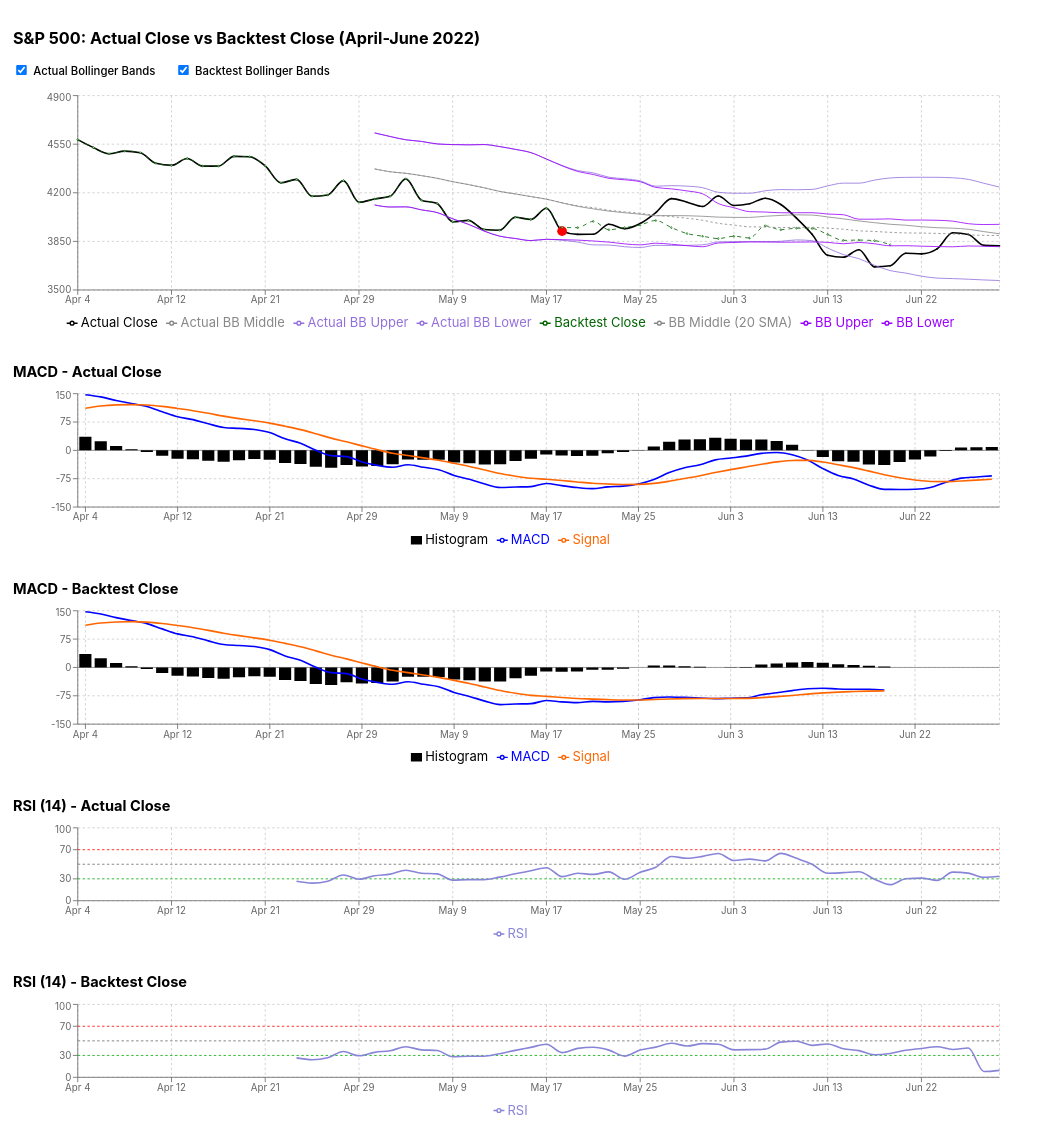
Repository: projecthamburg/daily-trading-roadmap
Page: /
The author's editor kept a copy of each file at every save. The page is drawn from the files as they stood at one save, then again after the next save.
The browser window is 1280 px wide. The pictures show the whole page, at 81% of full size.
The project was rebuilt for these pictures with package versions that can differ from the ones it lists, and the page was loaded fresh each time.

Above is the page before, as saved 2025-03-05 22:09:10.

### public/index.html
<!DOCTYPE html>
<html lang="en">
  <head>
    <meta charset="utf-8" />
    <meta name="viewport" content="width=device-width, initial-scale=1" />
    <title>Stock Chart Dashboard</title>
  </head>
  <body>
    <noscript>You need to enable JavaScript to run this app.</noscript>
    <div id="root"></div>
  </body>
</html>

### src/index.tsx
import React from 'react';
import ReactDOM from 'react-dom/client';
import App from './App';
import './index.css';

const root = ReactDOM.createRoot(
  document.getElementById('root') as HTMLElement
);
root.render(
  <React.StrictMode>
    <App />
  </React.StrictMode>
);

### src/App.tsx
import React from 'react';
import StockChartWithMACD from './stock-chart-dashboard';

function App() {
  return (
    <div className="App">
      <StockChartWithMACD />
    </div>
  );
}

export default App;

### src/index.css
body {
  margin: 0;
  font-family: -apple-system, BlinkMacSystemFont, 'Segoe UI', 'Roboto', 'Oxygen',
    'Ubuntu', 'Cantarell', 'Fira Sans', 'Droid Sans', 'Helvetica Neue',
    sans-serif;
  -webkit-font-smoothing: antialiased;
  -moz-osx-font-smoothing: grayscale;
}

.p-4 {
  padding: 1rem;
}

.mb-4 {
  margin-bottom: 1rem;
}

.mb-8 {
  margin-bottom: 2rem;
}

.mb-2 {
  margin-bottom: 0.5rem;
}

.mr-2 {
  margin-right: 0.5rem;
}

.flex {
  display: flex;
}

.flex-row {
  flex-direction: row;
}

.gap-6 {
  gap: 1.5rem;
}

.items-center {
  align-items: center;
}

.text-xl {
  font-size: 1.25rem;
  line-height: 1.75rem;
}

.text-lg {
  font-size: 1.125rem;
  line-height: 1.75rem;
}

.text-sm {
  font-size: 0.875rem;
  line-height: 1.25rem;
}

.font-bold {
  font-weight: 700;
}

.font-medium {
  font-weight: 500;
}

### src/stock-chart-dashboard.tsx
import React, { useState, useEffect } from 'react';
import { LineChart, Line, XAxis, YAxis, CartesianGrid, Tooltip, Legend, ResponsiveContainer, ComposedChart, Bar, ReferenceLine } from 'recharts';

// Define interfaces for data types
interface DataItem {
  date: string;
  close: number;
  backtestClose: number | null;
  isPointOfDivergence?: boolean;
  [key: string]: any; // Allow for additional properties
}

interface BollingerBand {
  middle: number | null;
  upper: number | null;
  lower: number | null;
}

const StockChartWithMACD = () => {
  const [data, setData] = useState<DataItem[]>([]);
  const [showActualBands, setShowActualBands] = useState(true);
  const [showBacktestBands, setShowBacktestBands] = useState(true);

  useEffect(() => {
    // Parse the data from the table
    const rawData = `Date,Close,Backtest Close
Apr 4 2022,4582.64,4582.64
Apr 5 2022,4525.12,4525.12
Apr 6 2022,4481.15,4481.15
Apr 7 2022,4500.21,4500.21
Apr 8 2022,4488.28,4488.28
Apr 11 2022,4412.53,4412.53
Apr 12 2022,4397.45,4397.45
Apr 13 2022,4446.59,4446.59
Apr 14 2022,4392.59,4392.59
Apr 18 2022,4391.69,4391.69
Apr 19 2022,4462.21,4462.21
Apr 20 2022,4459.45,4459.45
Apr 21 2022,4393.66,4393.66
Apr 22 2022,4271.78,4271.78
Apr 25 2022,4296.12,4296.12
Apr 26 2022,4175.20,4175.20
Apr 27 2022,4183.96,4183.96
Apr 28 2022,4287.50,4287.50
Apr 29 2022,4131.93,4131.93
May 2 2022,4155.38,4155.38
May 3 2022,4175.48,4175.48
May 4 2022,4300.17,4300.17
May 5 2022,4146.87,4146.87
May 6 2022,4123.34,4123.34
May 9 2022,3991.24,3991.24
May 10 2022,4001.05,4001.05
May 11 2022,3935.18,3935.18
May 12 2022,3930.08,3930.08
May 13 2022,4023.89,4023.89
May 16 2022,4008.01,4008.01
May 17 2022,4088.85,4088.85
May 18 2022,3923.68,3949.17
May 19 2022,3900.79,3949.17
May 20 2022,3901.36,3994.07
May 23 2022,3973.75,3934.21
May 24 2022,3941.48,3949.17
May 25 2022,3978.73,3968.41
May 26 2022,4057.84,4000.48
May 27 2022,4158.24,3949.17
May 31 2022,4132.15,3906.41
Jun 1 2022,4101.23,3887.17
Jun 2 2022,4176.82,3870.07
Jun 3 2022,4108.54,3887.17
Jun 6 2022,4121.43,3874.34
Jun 7 2022,4160.68,3962.00
Jun 8 2022,4115.77,3934.21
Jun 9 2022,4017.82,3944.90
Jun 10 2022,3900.86,3942.76
Jun 13 2022,3749.63,3900.00
Jun 14 2022,3735.48,3857.24
Jun 15 2022,3789.99,3859.38
Jun 16 2022,3666.77,3855.10
Jun 17 2022,3674.84,3825.17
Jun 21 2022,3764.79,
Jun 22 2022,3759.89,
Jun 23 2022,3795.73,
Jun 24 2022,3911.74,
Jun 27 2022,3900.11,
Jun 28 2022,3821.55,
Jun 29 2022,3818.83,`;

    // Process the data
    const processedData = rawData.split('\n').slice(1).map((line, index) => {
      const [date, close, backtestClose] = line.split(',');
      // Mark the point of divergence (May 18, 2022) with isPointOfDivergence flag
      const isPointOfDivergence = date.includes("May 18");
      return {
        date,
        close: parseFloat(close),
        backtestClose: backtestClose ? parseFloat(backtestClose) : null,
        isPointOfDivergence
      };
    });

    // Calculate EMA for a specific period
    function calculateEMA(data: DataItem[], field: string, period: number): (number | null)[] {
      const k = 2 / (period + 1);
      const result: (number | null)[] = [];

      // Initialize with SMA for the first period points
      let sum = 0;
      let count = 0;

      for (let i = 0; i < period && i < data.length; i++) {
        if (data[i][field] !== null && data[i][field] !== undefined) {
          sum += data[i][field];
          count++;
        }
      }

      let ema = count > 0 ? sum / count : null;
      result.push(ema);

      // Calculate EMA for the rest
      for (let i = 1; i < data.length; i++) {
        if (data[i][field] !== null && data[i][field] !== undefined && ema !== null) {
          ema = data[i][field] * k + ema * (1 - k);
          result.push(ema);
        } else {
          result.push(null);
        }
      }

      return result;
    }

    // Calculate MACD
    function calculateMACD(data: DataItem[], field: string) {
      // Calculate short-term EMA (12 days)
      const ema12 = calculateEMA(data, field, 12);

      // Calculate long-term EMA (26 days)
      const ema26 = calculateEMA(data, field, 26);

      // Calculate MACD line (EMA12 - EMA26)
      const macdLine = ema12.map((value, i) =>
        value !== null && ema26[i] !== null ? value - (ema26[i] as number) : null
      );

      // Calculate signal line (9-day EMA of MACD line)
      const macdData = data.map((item, i) => ({
        ...item,
        macd: macdLine[i]
      }));

      const signalLine = calculateEMA(macdData, 'macd', 9);

      // Calculate histogram (MACD line - signal line)
      const histogram = macdLine.map((value, i) =>
        value !== null && signalLine[i] !== null ? value - (signalLine[i] as number) : null
      );

      return { macdLine, signalLine, histogram };
    }

    // Calculate Bollinger Bands for a dataset
    function calculateBollingerBands(data: DataItem[], field: string, period = 20, multiplier = 2): BollingerBand[] {
      const result: BollingerBand[] = [];

      for (let i = 0; i < data.length; i++) {
        if (i < period - 1) {
          // Not enough data for the calculation
          result.push({
            middle: null,
            upper: null,
            lower: null
          });
          continue;
        }

        // Calculate SMA (Simple Moving Average)
        let sum = 0;
        let validPoints = 0;
        for (let j = i - period + 1; j <= i; j++) {
          if (data[j][field] !== null && data[j][field] !== undefined) {
            sum += data[j][field];
            validPoints++;
          }
        }

        if (validPoints === 0) {
          result.push({
            middle: null,
            upper: null,
            lower: null
          });
          continue;
        }

        const sma = sum / validPoints;

        // Calculate standard deviation
        let sumSquaredDiff = 0;
        for (let j = i - period + 1; j <= i; j++) {
          if (data[j][field] !== null && data[j][field] !== undefined) {
            const diff = data[j][field] - sma;
            sumSquaredDiff += diff * diff;
          }
        }

        const stdDev = Math.sqrt(sumSquaredDiff / validPoints);

        // Calculate Bollinger Bands
        result.push({
          middle: sma,
          upper: sma + (multiplier * stdDev),
          lower: sma - (multiplier * stdDev)
        });
      }

      return result;
    }

    // Calculate MACD for both series
    const { macdLine: closeMacd, signalLine: closeSignal, histogram: closeHistogram } =
      calculateMACD(processedData, 'close');

    const { macdLine: backtestMacd, signalLine: backtestSignal, histogram: backtestHistogram } =
      calculateMACD(processedData, 'backtestClose');

    // Calculate Bollinger Bands for both series
    const backtestBollingerBands = calculateBollingerBands(processedData, 'backtestClose');
    const actualBollingerBands = calculateBollingerBands(processedData, 'close');

    // Calculate RSI (14-period) for both series
    function calculateRSI(data: DataItem[], field: string, period = 14): (number | null)[] {
      const rsiValues: (number | null)[] = [];

      // Need at least period+1 data points to calculate first RSI
      for (let i = 0; i < data.length; i++) {
        if (i < period) {
          // Not enough prior data for RSI calculation
          rsiValues.push(null);
          continue;
        }

        let gains = 0;
        let losses = 0;

        // Calculate average gains and losses over the period
        for (let j = i - period + 1; j <= i; j++) {
          const current = data[j][field];
          const previous = data[j-1][field];

          if (current === null || previous === null) {
            continue;
          }

          const change = current - previous;
          if (change > 0) {
            gains += change;
          } else {
            losses += Math.abs(change);
          }
        }

        // Average gains and losses
        const avgGain = gains / period;
        const avgLoss = losses / period;

        // Calculate RS and RSI
        if (avgLoss === 0) {
          rsiValues.push(100); // No losses means RSI = 100
        } else {
          const rs = avgGain / avgLoss;
          const rsi = 100 - (100 / (1 + rs));
          rsiValues.push(rsi);
        }
      }

      return rsiValues;
    }

    const closeRSI = calculateRSI(processedData, 'close');
    const backtestRSI = calculateRSI(processedData, 'backtestClose');

    // Combine all data
    const enrichedData = processedData.map((item, i) => ({
      ...item,
      closeMacd: closeMacd[i],
      closeSignal: closeSignal[i],
      closeHistogram: closeHistogram[i],
      closeRSI: closeRSI[i],
      actualBBMiddle: actualBollingerBands[i] ? actualBollingerBands[i].middle : null,
      actualBBUpper: actualBollingerBands[i] ? actualBollingerBands[i].upper : null,
      actualBBLower: actualBollingerBands[i] ? actualBollingerBands[i].lower : null,
      backtestMacd: backtestMacd[i],
      backtestSignal: backtestSignal[i],
      backtestHistogram: backtestHistogram[i],
      backtestRSI: backtestRSI[i],
      backtestBBMiddle: backtestBollingerBands[i] ? backtestBollingerBands[i].middle : null,
      backtestBBUpper: backtestBollingerBands[i] ? backtestBollingerBands[i].upper : null,
      backtestBBLower: backtestBollingerBands[i] ? backtestBollingerBands[i].lower : null
    }));

    setData(enrichedData);
  }, []);

  // Format date for tooltip
  const formatDate = (value: string): string => value;

  // Helper function to determine bar color
  const getBarColor = (entry: any, key: string): string => {
    if (!entry || entry[key] === null || entry[key] === undefined) return "#999";
    return entry[key] > 0 ? "#00AA00" : "#DD0000";
  };

  return (
    <div className="p-4">
      <h2 className="text-xl font-bold mb-4">S&P 500: Actual Close vs Backtest Close (April-June 2022)</h2>

      {/* Bollinger Bands Controls */}
      <div className="flex flex-row gap-6 mb-4">
        <div className="flex items-center">
          <input
            type="checkbox"
            id="actualBands"
            className="mr-2"
            checked={showActualBands}
            onChange={() => setShowActualBands(!showActualBands)}
          />
          <label htmlFor="actualBands" className="text-sm font-medium">Actual Bollinger Bands</label>
        </div>
        <div className="flex items-center">
          <input
            type="checkbox"
            id="backtestBands"
            className="mr-2"
            checked={showBacktestBands}
            onChange={() => setShowBacktestBands(!showBacktestBands)}
          />
          <label htmlFor="backtestBands" className="text-sm font-medium">Backtest Bollinger Bands</label>
        </div>
      </div>

      {/* Main Price Chart */}
      <div className="mb-8">
        <ResponsiveContainer width="100%" height={300}>
          <LineChart
            data={data}
            margin={{
              top: 5,
              right: 30,
              left: 20,
              bottom: 5,
            }}
          >
            <CartesianGrid strokeDasharray="3 3" />
            <XAxis
              dataKey="date"
              tick={{ fontSize: 12 }}
              interval={5}
              tickFormatter={(value) => {
                const parts = value.split(' ');
                return parts.length > 1 ? `${parts[0]} ${parts[1]}` : value;
              }}
            />
            <YAxis
              domain={['auto', 'auto']}
              tick={{ fontSize: 12 }}
            />
            <Tooltip
              formatter={(value: any) => typeof value === 'number' ? value.toFixed(2) : 'N/A'}
              labelFormatter={formatDate}
            />
            <Legend />
            <Line
              type="monotone"
              dataKey="close"
              stroke="#000000"
              strokeWidth={2}
              name="Actual Close"
              dot={(props) => {
                if (props.payload && props.payload.isPointOfDivergence) {
                  return <circle cx={props.cx} cy={props.cy} r={6} fill="red" stroke="none" />;
                }
                return <circle cx={props.cx} cy={props.cy} r={1} fill={props.stroke} stroke="none" />;
              }}
              activeDot={{ r: 5 }}
            />
            {showActualBands && (
              <>
                <Line
                  type="monotone"
                  dataKey="actualBBMiddle"
                  stroke="#888888"
                  name="Actual BB Middle"
                  dot={false}
                  strokeWidth={1}
                />
                <Line
                  type="monotone"
                  dataKey="actualBBUpper"
                  stroke="#9370DB"
                  name="Actual BB Upper"
                  dot={false}
                  strokeWidth={1}
                />
                <Line
                  type="monotone"
                  dataKey="actualBBLower"
                  stroke="#9370DB"
                  name="Actual BB Lower"
                  dot={false}
                  strokeWidth={1}
                />
              </>
            )}
            <Line
              type="monotone"
              dataKey="backtestClose"
              stroke="#006400"
              name="Backtest Close"
              dot={{ r: 1 }}
              activeDot={{ r: 5 }}
              strokeDasharray="5 5"
            />
            {showBacktestBands && (
              <>
                <Line
                  type="monotone"
                  dataKey="backtestBBMiddle"
                  stroke="#888888"
                  name="BB Middle (20 SMA)"
                  dot={false}
                  strokeWidth={1}
                  strokeDasharray="3 3"
                />
                <Line
                  type="monotone"
                  dataKey="backtestBBUpper"
                  stroke="#9900FF"
                  name="BB Upper"
                  dot={false}
                  strokeWidth={1}
                />
                <Line
                  type="monotone"
                  dataKey="backtestBBLower"
                  stroke="#9900FF"
                  name="BB Lower"
                  dot={false}
                  strokeWidth={1}
                />
              </>
            )}
          </LineChart>
        </ResponsiveContainer>
      </div>

      {/* MACD for Actual Close */}
      <div className="mb-8">
        <h3 className="text-lg font-bold mb-2">MACD - Actual Close</h3>
        <ResponsiveContainer width="100%" height={200}>
          <ComposedChart
            data={data}
            margin={{
              top: 5,
              right: 30,
              left: 20,
              bottom: 5,
            }}
          >
            <CartesianGrid strokeDasharray="3 3" />
            <XAxis
              dataKey="date"
              tick={{ fontSize: 12 }}
              interval={5}
              tickFormatter={(value) => {
                const parts = value.split(' ');
                return parts.length > 1 ? `${parts[0]} ${parts[1]}` : value;
              }}
            />
            <YAxis
              tick={{ fontSize: 12 }}
            />
            <Tooltip
              formatter={(value: any) => typeof value === 'number' ? value.toFixed(2) : 'N/A'}
              labelFormatter={formatDate}
            />
            <Legend />
            <ReferenceLine y={0} stroke="#888888" />
            <Bar
              dataKey="closeHistogram"
              fill={(entry) => getBarColor(entry, 'closeHistogram')}
              name="Histogram"
            />
            <Line
              type="monotone"
              dataKey="closeMacd"
              stroke="#0000FF"
              name="MACD"
              dot={false}
              strokeWidth={2}
            />
            <Line
              type="monotone"
              dataKey="closeSignal"
              stroke="#FF6600"
              name="Signal"
              dot={false}
              strokeWidth={2}
            />
          </ComposedChart>
        </ResponsiveContainer>
      </div>

      {/* MACD for Backtest Close */}
      <div className="mb-8">
        <h3 className="text-lg font-bold mb-2">MACD - Backtest Close</h3>
        <ResponsiveContainer width="100%" height={200}>
          <ComposedChart
            data={data}
            margin={{
              top: 5,
              right: 30,
              left: 20,
              bottom: 5,
            }}
          >
            <CartesianGrid strokeDasharray="3 3" />
            <XAxis
              dataKey="date"
              tick={{ fontSize: 12 }}
              interval={5}
              tickFormatter={(value) => {
                const parts = value.split(' ');
                return parts.length > 1 ? `${parts[0]} ${parts[1]}` : value;
              }}
            />
            <YAxis
              tick={{ fontSize: 12 }}
            />
            <Tooltip
              formatter={(value: any) => typeof value === 'number' ? value.toFixed(2) : 'N/A'}
              labelFormatter={formatDate}
            />
            <Legend />
            <ReferenceLine y={0} stroke="#888888" />
            <Bar
              dataKey="backtestHistogram"
              fill={(entry) => getBarColor(entry, 'backtestHistogram')}
              name="Histogram"
            />
            <Line
              type="monotone"
              dataKey="backtestMacd"
              stroke="#0000FF"
              name="MACD"
              dot={false}
              strokeWidth={2}
            />
            <Line
              type="monotone"
              dataKey="backtestSignal"
              stroke="#FF6600"
              name="Signal"
              dot={false}
              strokeWidth={2}
            />
          </ComposedChart>
        </ResponsiveContainer>
      </div>

      {/* RSI for Actual Close */}
      <div className="mb-8">
        <h3 className="text-lg font-bold mb-2">RSI (14) - Actual Close</h3>
        <ResponsiveContainer width="100%" height={150}>
          <LineChart
            data={data}
            margin={{
              top: 5,
              right: 30,
              left: 20,
              bottom: 5,
            }}
          >
            <CartesianGrid strokeDasharray="3 3" />
            <XAxis
              dataKey="date"
              tick={{ fontSize: 12 }}
              interval={5}
              tickFormatter={(value) => {
                const parts = value.split(' ');
                return parts.length > 1 ? `${parts[0]} ${parts[1]}` : value;
              }}
            />
            <YAxis
              domain={[0, 100]}
              tick={{ fontSize: 12 }}
              ticks={[0, 30, 50, 70, 100]}
            />
            <Tooltip
              formatter={(value: any) => typeof value === 'number' ? value.toFixed(2) : 'N/A'}
              labelFormatter={formatDate}
            />
            <Legend />
            <ReferenceLine y={70} stroke="#FF0000" strokeDasharray="3 3" />
            <ReferenceLine y={30} stroke="#00AA00" strokeDasharray="3 3" />
            <ReferenceLine y={50} stroke="#888888" strokeDasharray="3 3" />
            <Line
              type="monotone"
              dataKey="closeRSI"
              stroke="#8884d8"
              name="RSI"
              dot={false}
              strokeWidth={2}
            />
          </LineChart>
        </ResponsiveContainer>
      </div>

      {/* RSI for Backtest Close */}
      <div>
        <h3 className="text-lg font-bold mb-2">RSI (14) - Backtest Close</h3>
        <ResponsiveContainer width="100%" height={150}>
          <LineChart
            data={data}
            margin={{
              top: 5,
              right: 30,
              left: 20,
              bottom: 5,
            }}
          >
            <CartesianGrid strokeDasharray="3 3" />
            <XAxis
              dataKey="date"
              tick={{ fontSize: 12 }}
              interval={5}
              tickFormatter={(value) => {
                const parts = value.split(' ');
                return parts.length > 1 ? `${parts[0]} ${parts[1]}` : value;
              }}
            />
            <YAxis
              domain={[0, 100]}
              tick={{ fontSize: 12 }}
              ticks={[0, 30, 50, 70, 100]}
            />
            <Tooltip
              formatter={(value: any) => typeof value === 'number' ? value.toFixed(2) : 'N/A'}
              labelFormatter={formatDate}
            />
            <Legend />
            <ReferenceLine y={70} stroke="#FF0000" strokeDasharray="3 3" />
            <ReferenceLine y={30} stroke="#00AA00" strokeDasharray="3 3" />
            <ReferenceLine y={50} stroke="#888888" strokeDasharray="3 3" />
            <Line
              type="monotone"
              dataKey="backtestRSI"
              stroke="#8884d8"
              name="RSI"
              dot={false}
              strokeWidth={2}
            />
          </LineChart>
        </ResponsiveContainer>
      </div>
    </div>
  );
};

export default StockChartWithMACD;

After the next save:
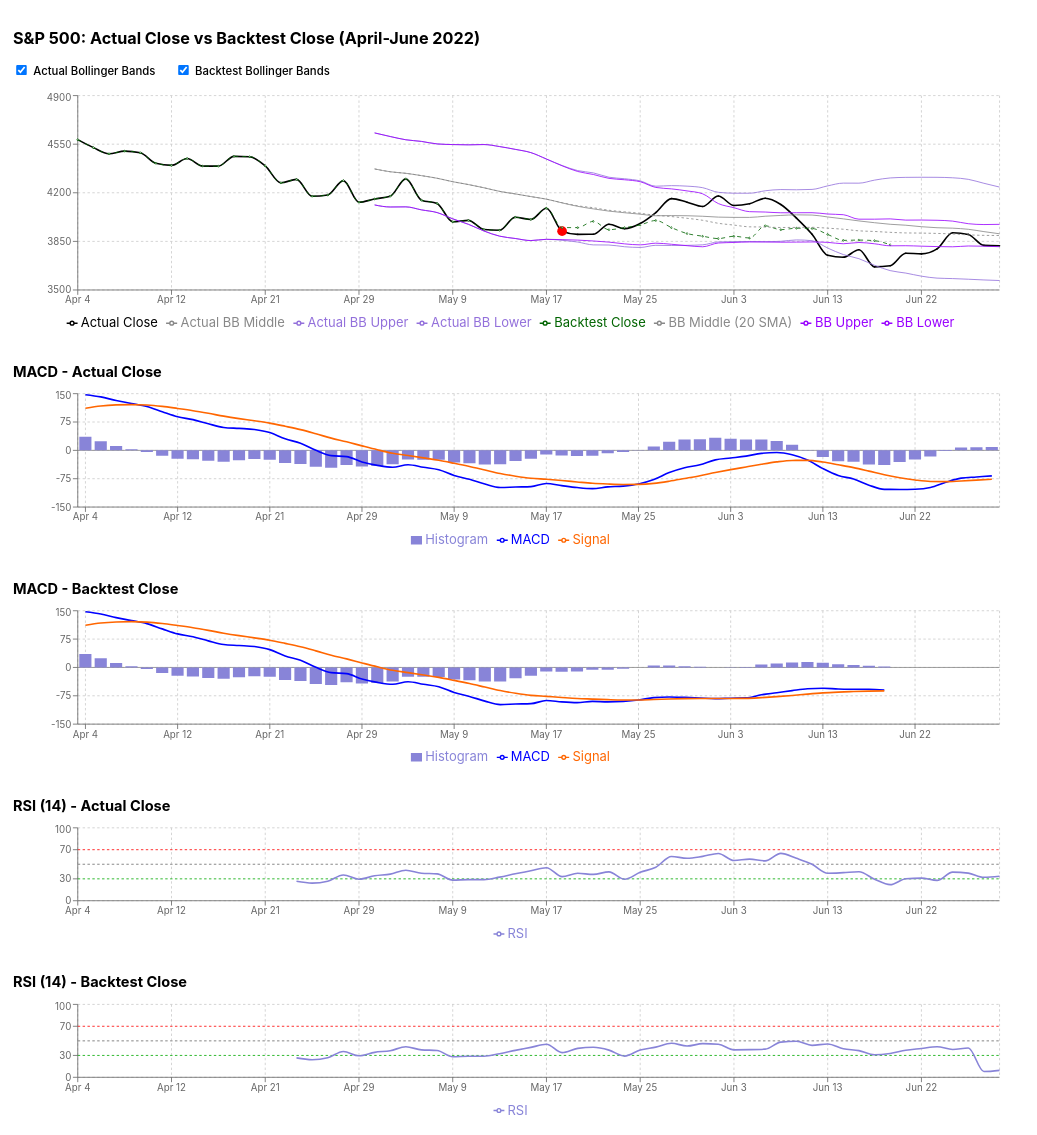
Saved 4 min 14 s later.
--- a/src/stock-chart-dashboard.tsx
+++ b/src/stock-chart-dashboard.tsx
@@ -488,7 +488,7 @@
             <ReferenceLine y={0} stroke="#888888" />
             <Bar
               dataKey="closeHistogram"
-              fill={(entry) => getBarColor(entry, 'closeHistogram')}
+              fill="#8884d8"
               name="Histogram"
             />
             <Line
@@ -545,7 +545,7 @@
             <ReferenceLine y={0} stroke="#888888" />
             <Bar
               dataKey="backtestHistogram"
-              fill={(entry) => getBarColor(entry, 'backtestHistogram')}
+              fill="#8884d8"
               name="Histogram"
             />
             <Line
